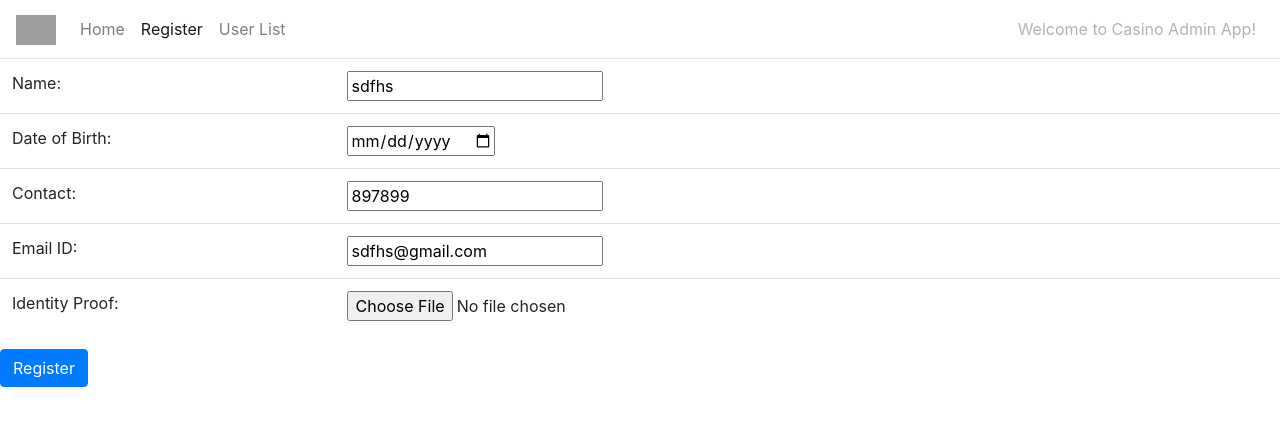
Repository: piyushrulesyou/CasinoGameApplication
Page: http://localhost/adminPanel/RegisterUser.jsp
An editor plug-in stored every save of this project. The page is shown before and after a run of saves, followed by the edit.
The browser window is 1280 px wide. The pictures show the whole page.
Pictures or frames that could not be fetched are drawn as grey boxes. The page is served by Tomcat 9. Nobody is signed in. The application's start-up code is not run.

Above is the page before, as saved 2019-10-31 12:48:40.
Console error: TypeError: Cannot read properties of undefined (reading 'setDefaults')

After the next 2 saves:
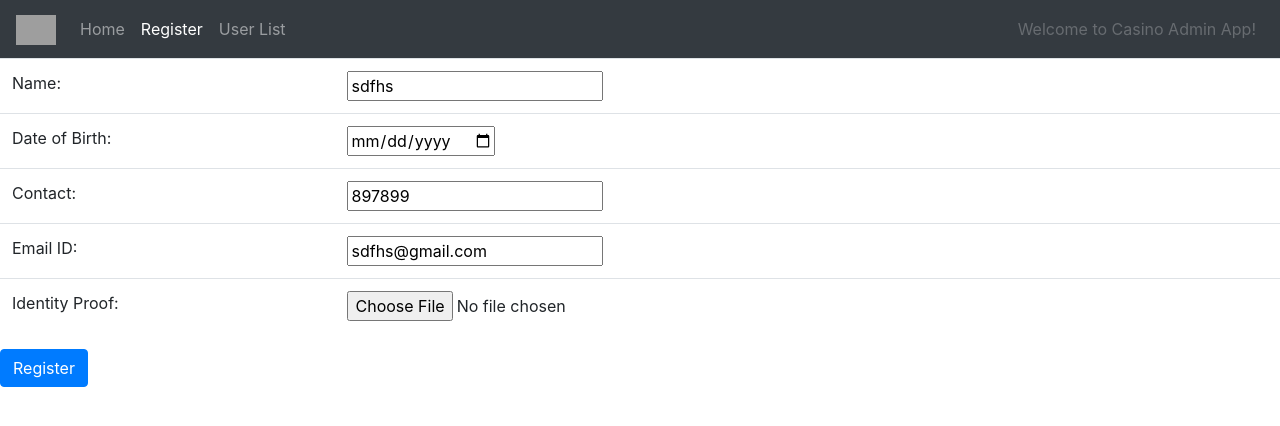
The 2 saves are shown as one change because they came seconds apart.
The last was saved 15 s later.
--- a/AdminPanel/adminPanel/src/main/webapp/RegisterUser.jsp
+++ b/AdminPanel/adminPanel/src/main/webapp/RegisterUser.jsp
@@ -37,8 +37,8 @@
 <body>
 
 
-	<!-- 	<nav class="navbar navbar-expand-sm bg-dark navbar-dark"> -->
-	<nav class="navbar navbar-expand-sm navbar-light bg-faded">
+	<nav class="navbar navbar-expand-sm bg-dark navbar-dark">
+		<!-- 	<nav class="navbar navbar-expand-sm navbar-light bg-faded"> -->
 		<a class="navbar-brand" href="index.jsp"> <img
 			src="https://www.slotnite.com/images/sliders/livecasino/casino1.png"
 			alt="logo" style="width: 40px;">
